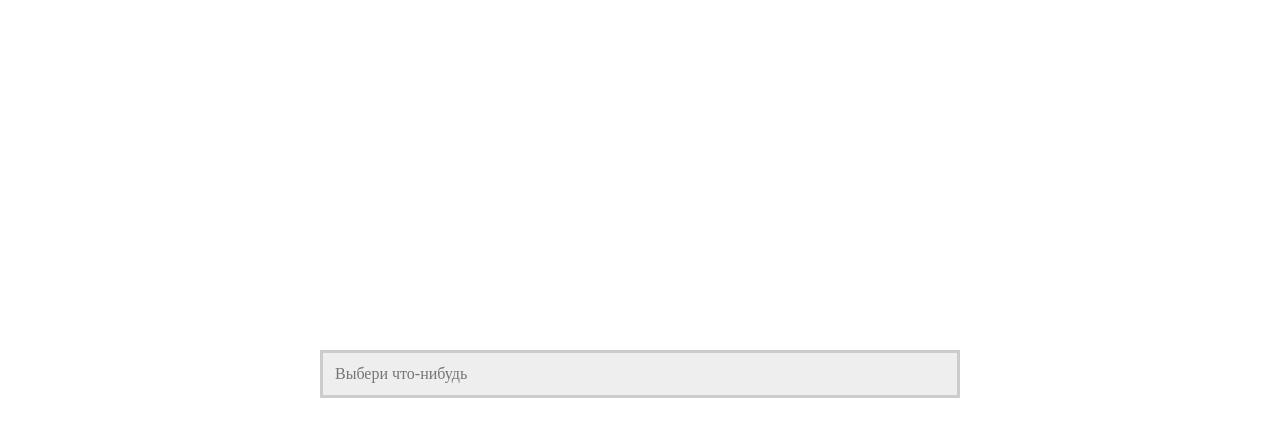
Repository: spihex/stage2-custom-dropdown
Page: index.html
These files come from the project's save history. The page is drawn as it stood at one moment and after the next save; the edit follows.
The browser window is 1280 px wide. The pictures show the whole page.

Above is the page before, as saved 2021-02-08 12:49:55.

After the next save:
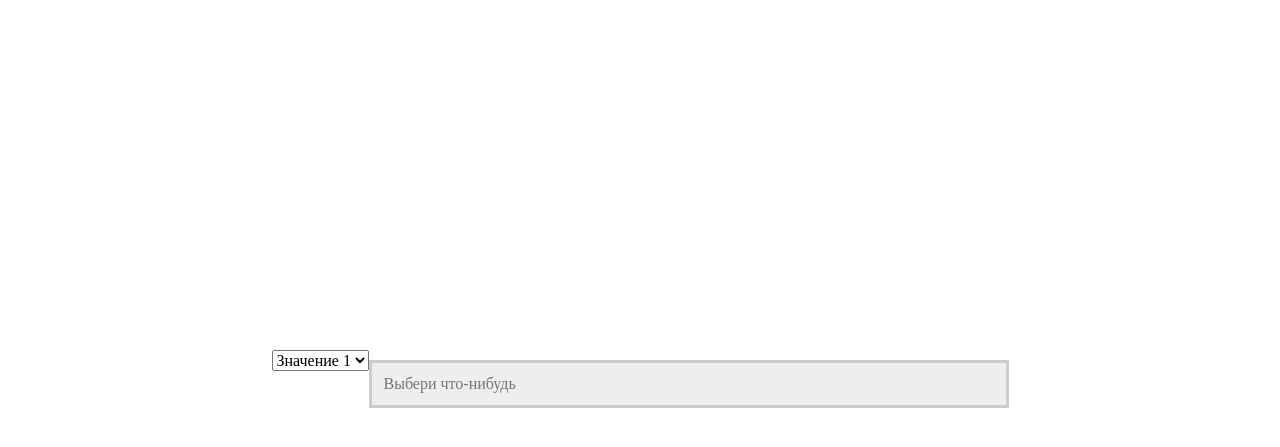
Saved 8 s later.
--- a/index.html
+++ b/index.html
@@ -10,13 +10,13 @@
     </head>
 
     <body>
+        <select name="select" class="">
+            <option value="value1">Значение 1</option>
+            <option value="value2">Значение 2</option>
+            <option value="value3">Значение 3</option>
+        </select>
+        <div class="dropdown">
 
-        <div class="dropdown">
-            <select name="select" class="">
-                <option value="value1">Значение 1</option>
-                <option value="value2">Значение 2</option>
-                <option value="value3">Значение 3</option>
-            </select>
 
             <input class="dropdown__input" type="text" value="" placeholder="Выбери что-нибудь">
 
